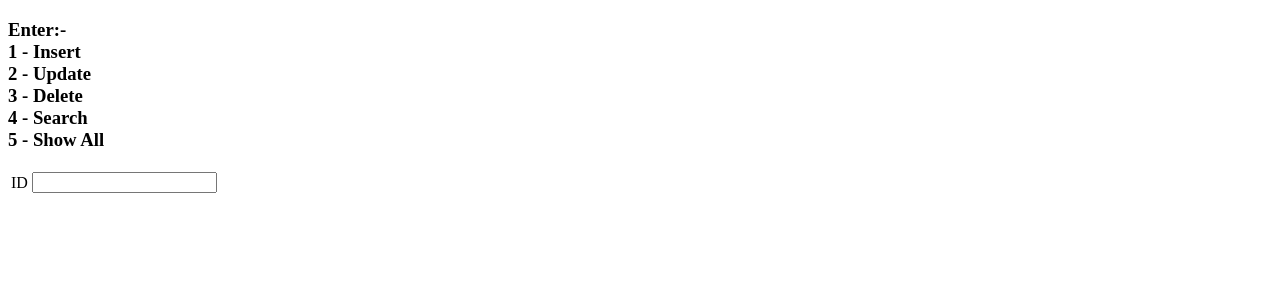
Repository: Vishalrathod8788/JEE
Page: stmt_Connectivity/WebContent/index.html
The author's editor kept a copy of each file at every save. The page is drawn from the files as they stood at one save, then again after the next save.
The browser window is 1280 px wide. The pictures show the whole page.

Above is the page before, as saved 2023-10-01 12:03:40.

### stmt_Connectivity/WebContent/index.html
<!DOCTYPE html>
<html>
<head>
<meta charset="ISO-8859-1">
<title>Insert title here</title>
</head>
<body>
	<h3>
		Enter:-<br>
		1 - Insert<br>
		2 - Update<br>
		3 - Delete<br>
		4 - Search<br>
		5 - Show All<br>
	</h3>
	<form action="" method="get">
		<table>
			<tr>
				<td>ID</td>
				<td><input type="text" name="txtID"></td>
			</tr>
		</table>
	</form>
</body>
</html>

After the next save:
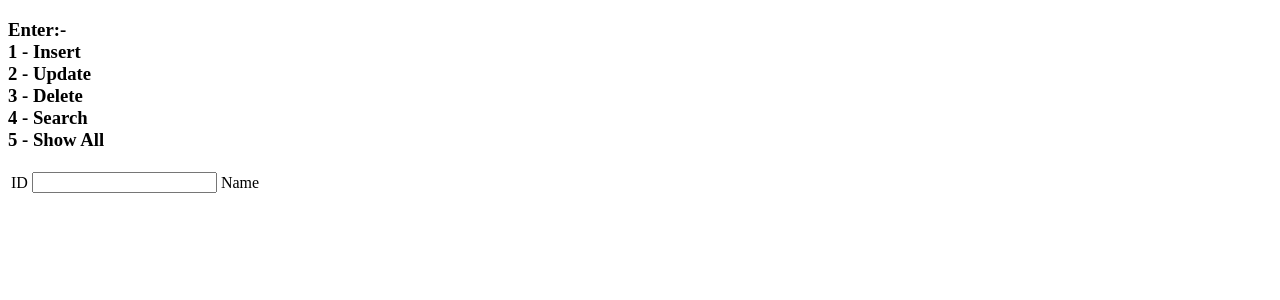
Saved 13 s later.
--- a/stmt_Connectivity/WebContent/index.html
+++ b/stmt_Connectivity/WebContent/index.html
@@ -18,6 +18,7 @@
 			<tr>
 				<td>ID</td>
 				<td><input type="text" name="txtID"></td>
+				<td>Name</td>
 			</tr>
 		</table>
 	</form>
